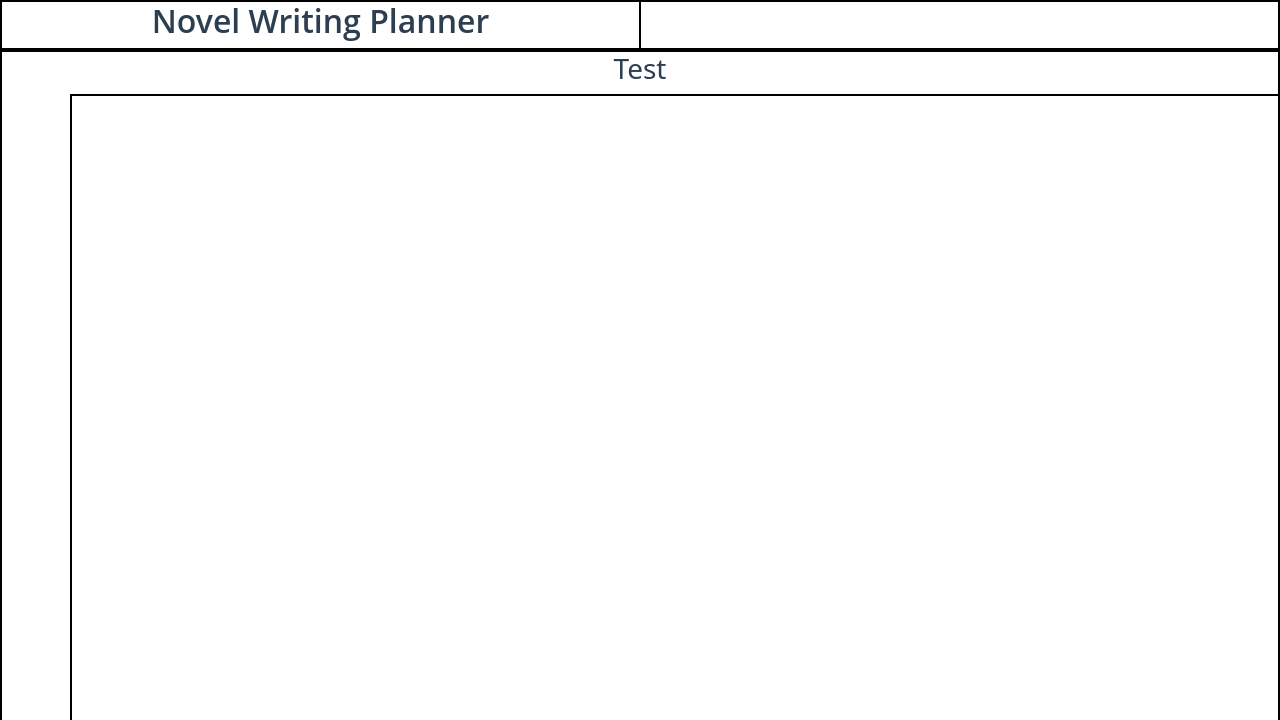
Repository: GossipCoco/RallyeBookV2
Page: /
These files come from the project's save history. The page is drawn as it stood at one moment and after the next save; the edit follows.
The browser window is 1280 px wide. The pictures show the whole page.
The page's requests for data from a server got no answer. The project was rebuilt for these pictures with package versions that can differ from the ones it lists, and the page was loaded fresh each time. No one was signed in, and anything a server would have sent is missing. Also part of the build but not shown: vue.config.js, src/api/JwTApi.js, server.js, src/components/PageComponent/Login.vue.

Above is the page before, as saved 2023-12-11 15:38:19.

### src/main.js
import { createApp } from 'vue'
import App from './App.vue'
import Router from './Router/Index'
import axios from 'axios'
import VueAxios from 'vue-axios'
import Vuex from 'vuex'
import store from "./store"
// import io from 'socket.io-client'
import { library } from '@fortawesome/fontawesome-svg-core'
import { faCat, faEnvelope, faGamepad, faHome, faHouseUser, faUser, faUserAlt, faUserCog, faUsers } from '@fortawesome/free-solid-svg-icons'
import { FontAwesomeIcon } from '@fortawesome/fontawesome-free'

import 'bootstrap/dist/css/bootstrap.css'
import './assets/css/Layout.css'
import './assets/css/Card.css'


library.add(faUser, faHouseUser, faGamepad, faUser, faHome, faEnvelope, faUserCog, faCat, faUserAlt, faUsers, faCat)
const app = createApp(App)

app.use(FontAwesomeIcon)
app.use(Vuex)
app.use(store)
app.use(Router)
app.use(VueAxios, axios)
app.mount('#app')

### src/App.vue
<template>
  <div class="container-fluid">
    <div class="row">
      <div class="col-6">
        <h1>Novel Writing Planner</h1>
      </div>
      <div class="col-6"></div>
    </div>
    <div class="row">
      <div class="col-12">
      <router-view></router-view>
      </div>
    </div>
  </div>
</template>

<script>
export default {
  name: "App",
};
</script>

<style>
#app {
  -webkit-font-smoothing: antialiased;
  -moz-osx-font-smoothing: grayscale;
  text-align: center;
  color: #2c3e50;
}
</style>

### src/Router/Index.js
import { createWebHistory, createRouter } from "vue-router";
import Home from '../components/PageComponent/Home.vue'
import Login from '../components/PageComponent/Login.vue'

const routes = [
  {
    path: "/",
    name: "home",
    component: Home,
  },
  {
    path: "/home",
    component: Home,
  },
  {
    path: "/login",
    component: Login,
  },
]

const router = createRouter({
    history: createWebHistory(),
    routes,
  });

  export default router;

### src/store/index.js
import { createStore } from "vuex";
import { auth } from "./auth.module";
export default createStore({
  modules: {
    auth,
  },
  state: {},
  mutations: {},
  actions: {},
});

### src/assets/css/Layout.css
@import './variables.scss';

html,
body {
    height: 100vh;
    overflow-y: hidden;
    overflow-x: hidden;
    scroll-behavior: smooth;
    background-size: cover;
    background-position: 10%;
}
.logo{
    width: 25vh;
}
.login-page{
    overflow: auto;
    height: 55vh;
}
#profile-img{
    width: 20px;
}
h1{
    font-family: var(--opensans-text);
    font-weight: 600;
    font-size: 2rem;
}
.row, .col,
.col-1, .col-2, .col-3, .col-4, .col-5, .col-6, .col-7, .col-8, .col-9, .col-10, .col-11, .col-12{
    border: 1px solid rgba(var(--main-black), 1);
}
main{
    height: 100vh;
    width: 150%;
    margin: 10rem 0 0 0;
}

### src/components/PageComponent/Home.vue
<template>
  <div class="container">
    <header class="jumbotron">
      <h3>Test</h3>
    </header>
    <main class="row">
      <div class="col-12">
        <router-view></router-view>
      </div>
    </main>
  </div>
</template>

  <script>
import UserService from "../../Services/user.service";

export default {
  name: "Home",
  data() {
    return {
      content: "",
      user: "coco",
    };
  },
  mounted() {
    UserService.getPublicContent().then(
      (response) => {
        this.content = response.data;
      },
      (error) => {
        this.content =
          (error.response &&
            error.response.data &&
            error.response.data.message) ||
          error.message ||
          error.toString();
      }
    );
  },
};
</script>

### src/store/auth.module.js
import AuthService from '../Services/auth.service';

const user = JSON.parse(localStorage.getItem('user'));
const initialState = user
  ? { status: { loggedIn: true }, user }
  : { status: { loggedIn: false }, user: null };

export const auth = {
  namespaced: true,
  state: initialState,
  actions: {
    login({ commit }, user) {
      return AuthService.login(user).then(
        user => {
          commit('loginSuccess', user);
          return Promise.resolve(user);
        },
        error => {
          commit('loginFailure');
          return Promise.reject(error);
        }
      );
    },
    logout({ commit }) {
      AuthService.logout();
      commit('logout');
    },
    register({ commit }, user) {
      return AuthService.register(user).then(
        response => {
          commit('registerSuccess');
          return Promise.resolve(response.data);
        },
        error => {
          commit('registerFailure');
          return Promise.reject(error);
        }
      );
    }
  },
  mutations: {
    loginSuccess(state, user) {
      state.status.loggedIn = true;
      state.user = user;
    },
    loginFailure(state) {
      state.status.loggedIn = false;
      state.user = null;
    },
    logout(state) {
      state.status.loggedIn = false;
      state.user = null;
    },
    registerSuccess(state) {
      state.status.loggedIn = false;
    },
    registerFailure(state) {
      state.status.loggedIn = false;
    }
  }
};

### src/assets/css/variables.scss
@import './Roboto.css';
@import './OpenSans.css';
@import './MeriendaMedium.css';
@import './MeriendaRegular.css';

:root{
    --opensans-text: 'Open Sans', sans-serif;
    --roboto-text: 'Roboto', sans-serif;

    --main-white: 255, 255, 255;
    --main-black: 0,0,0;
    --main-grey-background: 249, 251, 253;
    --dark-green-01: 0, 75, 66;
    --dark-green-02: 61, 111, 52;
    --middle-green-01: 3, 152, 134;
    --middle-green-02: 58, 174, 134;
    --clear-green-01: 146, 200, 66;
    --clear-green-02: 89, 207, 187;
}

### src/assets/css/Roboto.css
/* roboto */
@font-face {
    font-family: 'Roboto';
    font-style: normal;
    font-weight: 400;
    src: local('../fonts/Roboto/Roboto-Regular.ttf'),
         url('../fonts/Roboto/Roboto-Regular.ttf') format('ttf'), /* Super Modern Browsers */
  }

### src/assets/css/OpenSans.css
@font-face {
    font-family: 'Open Sans';
    font-style: normal;
    font-weight: 400;
    src: local('../fonts/OpenSans/OpenSans-Regular.ttf'),
         url('../fonts/OpenSans/OpenSans-Regular.ttf') format('ttf'), /* Super Modern Browsers */
  }

### src/assets/css/MeriendaMedium.css
@font-face {
    font-family: 'Open Sans';
    font-style: normal;
    font-weight: 400;
    src: local('../fonts/Merienda/Merienda-Medium.ttf'),
         url('../fonts/Merienda/Merienda-Medium.ttf') format('ttf'), /* Super Modern Browsers */
  }

### src/assets/css/MeriendaRegular.css
@font-face {
    font-family: 'Open Sans';
    font-style: normal;
    font-weight: 400;
    src: local('../fonts/Merienda/Merienda-Regular.ttf'),
         url('../fonts/Merienda/Merienda-Regular.ttf') format('ttf'), /* Super Modern Browsers */
  }

### src/Services/user.service.js
import axios from 'axios';
import authHeader from './auth-header';

const API_URL = 'http://localhost:8080/api/test/';

class UserService {
  getPublicContent() {
    return axios.get(API_URL + 'all');
  }

  getUserBoard() {
    return axios.get(API_URL + 'user', { headers: authHeader() });
  }
}

export default new UserService();

### src/Services/auth.service.js
import axios from 'axios';

const API_URL = 'http://localhost:8080/api/auth/';

class AuthService {
  login(user) {
    return axios
      .post(API_URL + 'signin', {
        username: user.username,
        password: user.password
      })
      .then(response => {
        if (response.data.accessToken) {
          localStorage.setItem('user', JSON.stringify(response.data));
        }

        return response.data;
      });
  }

  logout() {
    localStorage.removeItem('user');
  }

  register(user) {
    return axios.post(API_URL + 'signup', {
      username: user.username,
      email: user.email,
      password: user.password
    });
  }
}

export default new AuthService();

### src/Services/auth-header.js
export default function authHeader() {
    let user = JSON.parse(localStorage.getItem('user'));

    if (user && user.accessToken) {
      return { Authorization: 'GossipCoco ' + user.accessToken };
    } else {
      return {};
    }
  }

Loaded but not shown: public/index.html (common file); src/assets/css/Card.css (common file)

After the next save:
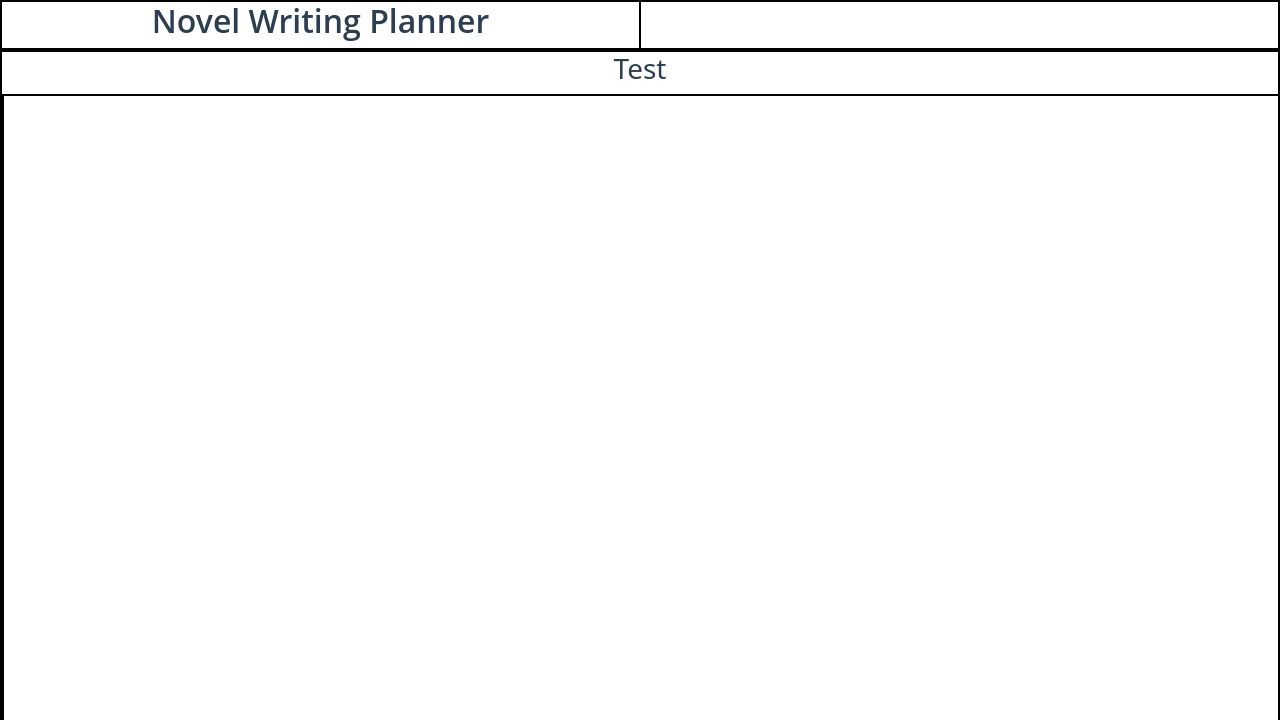
Saved 26 s later.
--- a/src/components/PageComponent/Home.vue
+++ b/src/components/PageComponent/Home.vue
@@ -1,5 +1,4 @@
 <template>
-  <div class="container">
     <header class="jumbotron">
       <h3>Test</h3>
     </header>
@@ -8,7 +7,6 @@
         <router-view></router-view>
       </div>
     </main>
-  </div>
 </template>
 
   <script>
